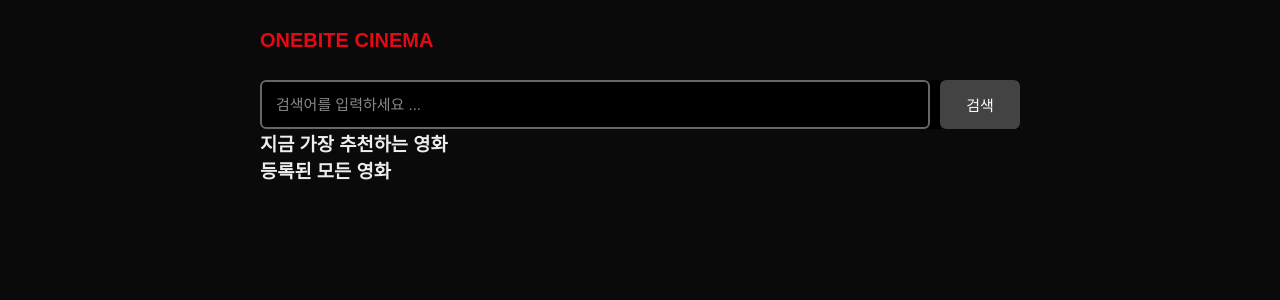
Repository: ParkSeokgyu/nextjs-study
Page: / (app in onebite-next-page-router/section02/)
These files come from the project's save history. The page is drawn as it stood at one moment and after a run of saves; the edit follows.
The browser window is 1280 px wide. The pictures show the whole page.
The project was rebuilt for these pictures with package versions that can differ from the ones it lists, and the page was loaded fresh each time. The framework's server and built-in components were replaced by stand-ins that run in the browser. Also part of the build but not shown: onebite-next-page-router/section02/next.config.mjs.

Above is the page before, as saved 2025-03-27 12:11:31.

### onebite-next-page-router/section02/src/pages/_app.tsx
import GlobalLayout from "@/components/global-layout";
import "@/styles/globals.css";
import { NextPage } from "next";
import type { AppProps } from "next/app";
import { ReactNode } from "react";

type NextPageWithLayout = NextPage & {
  getLayout?: (page: ReactNode) => ReactNode;
}

export default function App({
  Component,
  pageProps }
  : AppProps & {
    Component: NextPageWithLayout;
  }) {
  const getLayout =
  Component.getLayout ?? ((page: ReactNode) => page);

  return (
    <GlobalLayout>
      {getLayout(<Component {...pageProps} />)}
    </GlobalLayout>
  );
}

### onebite-next-page-router/section02/src/pages/index.tsx
import SearchableLayout from "@/components/searchable-layout";
import style from "./index.module.css"
import { ReactNode } from "react";

export default function Home() {
  return (
    <div class>
      <section>
        <h3>지금 가장 추천하는 영화</h3>
      </section>
      <section>
        <h3>등록된 모든 영화</h3>
      </section>
    </div>
  );
}

Home.getLayout = (page: ReactNode) => {
  return <SearchableLayout>{page}</SearchableLayout>
}

### onebite-next-page-router/section02/src/components/global-layout.tsx
import Link from "next/link";
import { ReactNode } from "react";
import style from "./global-layout.module.css";

export default function GlobalLayout({ children }: { children: ReactNode }) {
  return (
    <div className={style.container}>
      <header className={style.header}>
        <Link href={"/"}>ONEBITE CINEMA</Link>
      </header>
      <main>{children}</main>
      {/* <footer>푸터</footer> */}
    </div>
  );
}

### onebite-next-page-router/section02/src/styles/globals.css
:root {
  --background: #ffffff;
  --foreground: #171717;
}

@media (prefers-color-scheme: dark) {
  :root {
    --background: #0a0a0a;
    --foreground: #ededed;
  }
}

html,
body {
  max-width: 100vw;
  overflow-x: hidden;
}

body {
  color: var(--foreground);
  background: var(--background);
  font-family: Arial, Helvetica, sans-serif;
  -webkit-font-smoothing: antialiased;
  -moz-osx-font-smoothing: grayscale;
}

* {
  box-sizing: border-box;
  padding: 0;
  margin: 0;
}

a {
  color: inherit;
  text-decoration: none;
}

@media (prefers-color-scheme: dark) {
  html {
    color-scheme: dark;
  }
}


/* 기본 다크모드 */

:root {
  --background: #0a0a0a;
  --foreground: #ededed;

}

### onebite-next-page-router/section02/src/components/searchable-layout.tsx
import { useRouter } from "next/router";
import React, { ReactNode, useEffect, useState } from "react";
// CSS 모듈 스타일을 불러옴
import style from './searchable-layout.module.css'

/**
 * 검색 기능을 제공하는 레이아웃 컴포넌트
 * - 검색어 상태 관리
 * - 엔터키/버튼 클릭 시 페이지 이동
 * - 기존 검색어 유지
 */
export default function SearchableLayout({
  children,
}: {
  children: ReactNode;
}) {
  // Next.js의 라우터 훅
  // 페이지 이동이나 query 파라미터를 확인/변경할 때 사용
  const router = useRouter();

  // 검색어 상태
  const [search, setSearch] = useState("");

  // 라우터의 query 파라미터 중 "q"를 추출
  // (예: /search?q=hello → q = "hello")
  const q = router.query.q as string;

  // 컴포넌트가 마운트되거나 q 값이 바뀔 때,
  // search 상태를 q로 동기화
  useEffect(() => {
    setSearch(q || "");
  }, [q]);

  /**
   * 인풋이 변경될 때 실행
   * - e.target.value를 search 상태에 저장
   */
  const onChangeSearch = (e: React.ChangeEvent<HTMLInputElement>) => {
    setSearch(e.target.value);
  };

  /**
   * 검색어 제출 시 실행
   * - 현재 search 상태와 기존 q가 같으면 아무것도 하지 않음
   * - 다르면 /search?q={search}로 라우팅
   */
  const onSubmit = () => {
    if (!search || q === search) return;
    router.push(`/search?q=${search}`);
  };

  /**
   * 인풋에서 엔터키를 누를 때 실행
   * - key가 'Enter'이면 onSubmit() 호출
   */
  const onKeyDown = (e: React.KeyboardEvent<HTMLInputElement>) => {
    if (e.key === 'Enter') {
      onSubmit();
    }
  };

  return (
    <div>
      {/* 검색창 컨테이너 (CSS 모듈 스타일 사용) */}
      <div className={style.searchbar_container}>
        <input
          value={search}
          onKeyDown={onKeyDown}
          onChange={onChangeSearch}
          placeholder="검색어를 입력하세요 ..."
        />
        <button onClick={onSubmit}>
          검색
        </button>
      </div>

      {/* 자식 컴포넌트 렌더링 영역 */}
      {children}
    </div>
  );
}

### onebite-next-page-router/section02/src/components/global-layout.module.css
.container {
  max-width: 800px;
  min-height: 100vh;
  margin: 0 auto;
  padding: 0 20px;
}

.header {
  font-size: 20px;
  line-height: 40px;
  font-weight: 600;
  color: rgb(229, 9, 20);
  padding: 20px 0;

}

### onebite-next-page-router/section02/src/components/searchable-layout.module.css
.searchbar_container {
  display: flex;
  align-items: center;
  background-color: #000; /* 배경색 어둡게 */
  margin-bottom: ;
}

.searchbar_container > input {
  flex: 1;
  padding: 14px;
  border-radius: 6px;
  border: 2px solid #666; /* 흐린 회색 테두리 */
  background-color: #000; /* 배경색 어두움 */
  color: white;
  font-size: 15px;
  outline: none;
}

.searchbar_container > input::placeholder {
  color: #888;
}

.searchbar_container > button {
  margin-left: 10px;
  width: 80px;
  padding: 14px 0;
  border-radius: 6px;
  border: none;
  background-color: #434343;
  color: white;
  font-size: 15px;
  cursor: pointer;
  transition: background-color 0.2s ease;
}

.searchbar_container > button:hover {
  background-color: #444;
}

### onebite-next-page-router/section02/src/pages/index.module.css
.container {
  display: flex;
  flex-direction: column;
  gap: 20px;
}

.container h3 {
  margin-top: 20px;
}

Loaded but not shown: onebite-next-page-router/section02/src/pages/_document.tsx (common file)

After the next 2 saves:
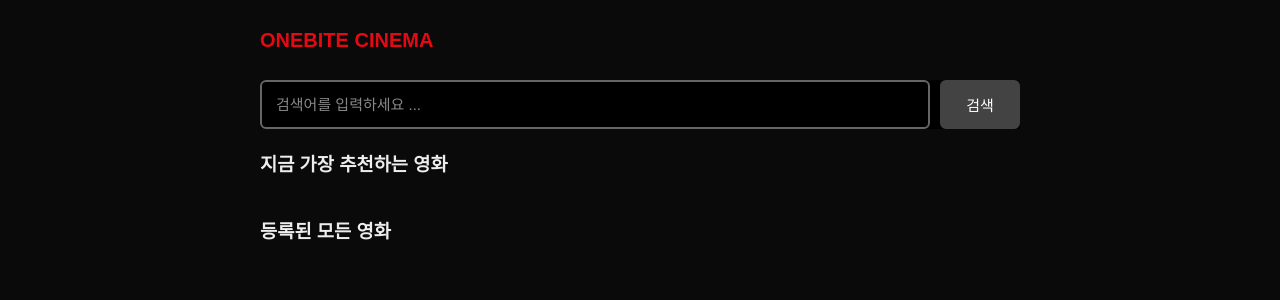
The 2 saves are shown as one change because they came seconds apart.
The last was saved 2 h 14 min later.
--- a/onebite-next-page-router/section02/src/pages/index.tsx
+++ b/onebite-next-page-router/section02/src/pages/index.tsx
@@ -4,9 +4,10 @@ import { ReactNode } from "react";
 
 export default function Home() {
   return (
-    <div class>
+    <div className={style.container}>
       <section>
         <h3>지금 가장 추천하는 영화</h3>
+        {}
       </section>
       <section>
         <h3>등록된 모든 영화</h3>
